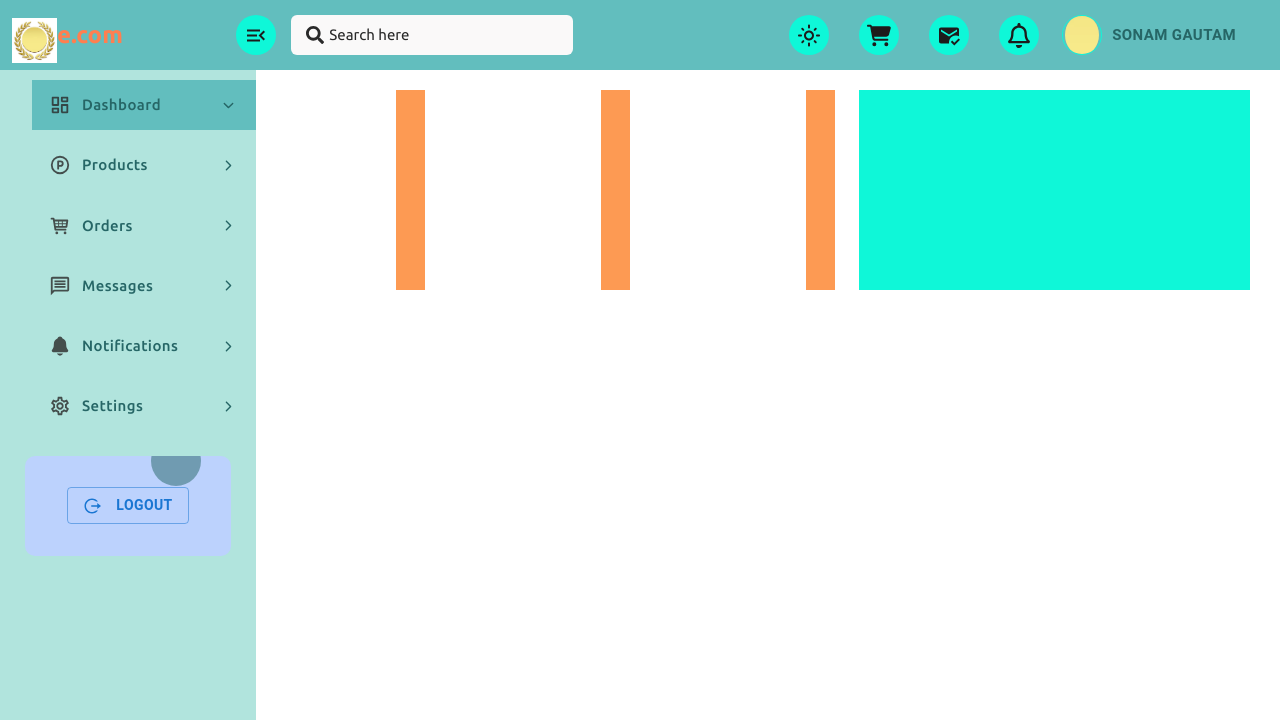
Repository: gautamsonam011/admin-react-dashboard
Page: /
The author's editor kept a copy of each file at every save. The page is drawn from the files as they stood at one save, then again after a run of saves.
The browser window is 1280 px wide. The pictures show the whole page.
The project was rebuilt for these pictures with package versions that can differ from the ones it lists, and the page was loaded fresh each time.

Above is the page before, as saved 2025-04-16 12:59:35.

### src/App.js
import { BrowserRouter, Routes, Route } from 'react-router-dom';
import './App.css';
import 'bootstrap/dist/css/bootstrap.min.css';
import Dashboard from './pages/Dashboard/Dashboard';
import Header from "./components/Header/index";
import Sidebar from './components/Sidebar';

function App() {
  return (
    <BrowserRouter>
    <Header/>
    <div className='main d-flex'>
      <div className='sidebarWrapper'>
        <Sidebar/>
      </div>
    </div>
    <div className='content'>
    <Routes>
      <Route path = "/" exact={true} element={<Dashboard/>} />
    </Routes>
    </div>

    </BrowserRouter>
  );
}

export default App;

### src/App.css
@import url('https://fonts.googleapis.com/css2?family=Ubuntu:ital,wght@0,300;0,400;0,500;0,700;1,300;1,400;1,500;1,700&display=swap');

body{
  font-family: "Ubuntu", sans-serif !important;
  background-color: #f4f8f7;

}

header{
  width:100%;
  height: 70px;
  background-color:#62bebe;
  position: fixed;
  top:0px;
  left:0px;
  z-index: 1000;
}
header .logo{
  text-decoration: none;
}
header .logo img{
  margin-top: 10px;
  width:45px;

}

header .logo span{
color: coral;
font-weight: bolder;
font-size: 24px;
}
header button.rounded-circle{min-width:40px !important; width:40px !important; height: 40px !important; background-color:#0ff7d8 !important; margin: 15px;}
header button.rounded-circle svg{color:rgb(29, 27, 27); font-size: 25px !important; transition: all 0.2s ease-in-out;}
header button.rounded-circle:hover svg{color: #2585d4 !important;}
.searchBox{width:400px; height: 40px; background-color:#faf9f9; border-radius: 6px;padding: 3px 15px;}
.searchBox input{background: transparent;border:0px; outline:none; padding-left: 5px; font-size: 15px; color:#292929}
.searchBox input::-webkit-input-placeholder{color:#292929}
.searchBox svg{font-size: 18px; color:#292929 ;}

.userImg{display: flex; align-items:center; justify-content: center; overflow: hidden; width:40px; height: 40px; border:1px solid #0ff7d8; padding: 2px; border-radius: 100%;}
.userImg .rounded-circle{display: flex; align-items:center; justify-content: center; overflow: hidden; width: 40px; height: 40px; cursor: pointer; position: relative;}
.userImg .rounded-circle .img{object-fit: cover; width: 100%;}
.userInfo{padding-left: 10px;}
.userInfo h5{font-size: 15px; font-weight: 600; margin-bottom:0px; color: #266666;}

#account-menu li{font-size: 14px !important;}
#account-menu li svg{font-size: 20px !important}

.dropdown-info{padding-left: 6px;}
.dropdown-info h4{font-size: 15px; font-weight:600;margin-top: 2px; white-space: break-space; line-height: 21px;}
.dropdown-info p{font-size: 10px; color: #2585d4;}


/* Style for sidebar  */

.main .sidebarWrapper{width: 20%; flex: 0 0 20%; transition: all 0.3s ease-in-out;}
.main .sidebarWrapper .sidebar{width:20%; height: 100vh; position:fixed; top: 70px; left:0px; background:#b1e4dd; overflow-y: scroll; overflow-x: hidden;}
.main .sidebarWrapper .sidebar::-webkit-scrollbar-thumb{background: transparent !important; width:3px;}
.main .sidebarWrapper:hover .sidebar::-webkit-scrollbar{ background:#2585d4; width:3px;}
.main .sidebarWrapper .sidebar ul{margin-bottom:0px;}
.main .sidebarWrapper .sidebar ul li{list-style: none; margin-top:10px;}
.main .sidebarWrapper .sidebar ul li button{color:#266666; text-align: left; justify-content: left; border-radius:0px !important; padding: 12px 15px !important;
  align-items: center; text-transform: capitalize !important;font-family: "Ubuntu", sans-serif !important;
  margin-left: 0px; font-size: 15px !important;
}
.main .sidebarWrapper .sidebar ul li button .icon{display: flex; align-items:center; justify-content: center; width:25px; height:25px; margin-right: 10px;}
.main .sidebarWrapper .sidebar ul li button .icon svg{color:#292929; opacity: 0.8; font-size: 22px;}
.main .sidebarWrapper .sidebar ul li button .arrow{margin-left: auto; display: flex; align-items: center; justify-content: center; width: 25px; transition: all 0.3s ease-in-out}
.main .sidebarWrapper .sidebar ul li button:hover{background:#62bebe !important;}
.main .sidebarWrapper .sidebar ul li button.active{background: #62bebe !important;}
.main .sidebarWrapper .sidebar ul li button.active .arrow{transform: rotate(90deg);}

.main .sidebarWrapper .sidebar ul .submenu{padding: 0px 45px; position:relative; height:auto;}
.main .sidebarWrapper .sidebar ul .submenu::before{content:''; width:1px; height: 95%; position: absolute; top:0px; left:25px; background:rgba(0, 0, 0, 0.1);}
.main .sidebarWrapper .sidebar ul .submenu li{width:100%; list-style: none;}
.main .sidebarWrapper .sidebar ul .submenu li a{color:#266666 !important; text-decoration: none; font-family: "Ubuntu", sans-serif !important;
display: block; padding: 6px 0px; font-size: 14px !important; font-weight: 500; transition:all 0.3s}
.main .sidebarWrapper .sidebar ul .submenu li a:hover{color:#2585d4 !important;}

.main .sidebarWrapper .sidebar ul .submenuWrapper{transition:all 0.3s ease-in-out; height: 0px; overflow: hidden; }
.main .sidebarWrapper .sidebar ul .submenuWrapper.colapsed .submenu{opacity:0;}

.main .sidebarWrapper .sidebar ul .submenuWrapper.colapse{height:auto; overflow: inherit;}
.main .sidebarWrapper .sidebar ul .submenuWrapper.colapse .submenu{opacity:1; height:auto;}

.logoutWrapper{padding: 0px 25px;}
.logoutWrapper .logoutBox{width:100%; height:100px; padding: 25px; background:#bcd2fd; border-radius:10px; margin-bottom:20px; display:flex; align-items: center; justify-content: center;
position:relative; overflow:hidden;}
.logoutWrapper .logoutBox::before{content:''; width:50px; height:50px; background:#266666; border-radius: 100%; position:absolute; top: -20px; right: 30px; opacity:0.5}
.logoutWrapper .logoutBox::after{content:''; width:30px; height:30px; background:#266666; border-radius: 100%; position:absolute; top: -30px; left: 30px; opacity:0.5}
.logoutWrapper .logoutBox button{font-size:14px !important; font-weight: 600 !important; }
.logoutWrapper .logoutBox button svg{margin-right: 15px; font-size:18px;}

.main .content{width:80%; flex: 0 0 80%;}
.right-content{padding: 90px 30px;}
.dashboardBoxWrapper{gap: 15px; width:100%;}
.dashboardBoxWrapper .dashboardBox{margin-left:20%; width:40%; height: 200px; background-color:rgb(253, 154, 83);}
.dashboardBoxWrapperRow .box{width:100%; height: 100%; background:#0ff7d8;}

### src/pages/Dashboard/Dashboard.jsx
import DashboardBox from "../../components/DashboardBox";

const Dashboard = () => {
    return (
        <div className="right-content w-100">
            <div className="row dashboardBoxWrapperRow ">
                <div className="col-md-8">
                    <div className="dashboardBoxWrapper d-flex">
                        <DashboardBox color={["#000", "#ccc"]} />

                    </div>
                </div>
                <div className="col-md-4 pl-0">
                    <div className="box"></div>
                </div>
            </div>
        </div>
    )
}

export default Dashboard;

### src/components/Header/index.jsx
import React, { useState } from 'react';
import { Link } from "react-router-dom";
import logo from "../../assests/images/logo.jpg";
import Button from '@mui/material/Button';
import { MdMenuOpen } from "react-icons/md";
// import { MdOutlineMenu } from "react-icons/md";
import SearchBox from "../SearchBox";
import { MdOutlineLightMode } from "react-icons/md";
// import { MdDarkMode } from "react-icons/md";
import { FaCartShopping } from "react-icons/fa6";
import { MdMarkEmailRead } from "react-icons/md";
import { FaRegBell } from "react-icons/fa";


import Avatar from '@mui/material/Avatar';
import Menu from '@mui/material/Menu';
import MenuItem from '@mui/material/MenuItem';
import ListItemIcon from '@mui/material/ListItemIcon';
import Divider from '@mui/material/Divider';
import { FaShieldAlt } from "react-icons/fa";
import Settings from '@mui/icons-material/Settings';
import Logout from '@mui/icons-material/Logout';

const Header = () => {
    const [anchorEl, setAnchorEl] = useState(null);
    const [anchorElNotification, setAnchorElNotification] = useState(null);

    const open = Boolean(anchorEl);

    const handleOpenMyAccountDropdown = (event) => {
        if (anchorEl) {
            setAnchorEl(null);
        } else {
            setAnchorEl(event.currentTarget);
        }
    };

    const handleOpenMyAccountDropdownClose = () => {
        setAnchorEl(null);
    };

    // For Notification dropdown
    const handleOpennotificationsDrop = (event) => {
        setAnchorElNotification(event.currentTarget);
    };

    const handleClosenotificationsDrop = () => {
        setAnchorElNotification(null);
    };



    return (
        <>
            <header>
                <div className="container-fluid">
                    <div className="row d-flex align-items-center w-100">
                        {/* logo */}
                        <div className="col-sm-2">
                            <Link to="/" className="d-flex align-items-center logo">
                                <img src={logo} alt="logo" />
                                <span className="ml-2">e.com</span>
                            </Link>
                        </div>
                        <div className="col-sm-3 d-flex align-items-center pl-4">
                            <Button className="rounded-circle"><MdMenuOpen /></Button>
                            <SearchBox />
                        </div>
                        <div className="col-sm-7 d-flex align-items-center justify-content-end part3">
                            <Button className="rounded-circle"><MdOutlineLightMode /></Button>
                            <Button className="rounded-circle"><FaCartShopping /></Button>
                            <Button className="rounded-circle"><MdMarkEmailRead /></Button>
                            <Button className="rounded-circle" onClick={handleOpennotificationsDrop}>
                                <FaRegBell />
                            </Button>
                            <Menu
                                anchorEl={anchorElNotification}
                                open={Boolean(anchorElNotification)}
                                onClose={handleClosenotificationsDrop}
                                onClick={handleClosenotificationsDrop}
                                slotProps={{
                                    paper: {
                                        elevation: 0,
                                        sx: {
                                            overflow: 'visible',
                                            filter: 'drop-shadow(0px 2px 8px rgba(0,0,0,0.32))',
                                            mt: 1.5,
                                            '&::before': {
                                                content: '""',
                                                display: 'block',
                                                position: 'absolute',
                                                top: 0,
                                                right: 14,
                                                width: 10,
                                                height: 10,
                                                bgcolor: 'background.paper',
                                                transform: 'translateY(-50%) rotate(45deg)',
                                                zIndex: 0,
                                            },
                                        },
                                    },
                                }}
                                transformOrigin={{ horizontal: 'right', vertical: 'top' }}
                                anchorOrigin={{ horizontal: 'right', vertical: 'bottom' }}
                            >
                                <MenuItem onClick={handleClosenotificationsDrop}>
                                    Orders(12)
                                </MenuItem>
                                <Divider className="mb-2" />
                                <MenuItem onClick={handleClosenotificationsDrop}>
                                    <div className="d-flex align-items-center dropdown-list">

                                        <div className="userImg">
                                        <span className="rounded-circle">
                                            <img src={logo} alt="profile" />
                                        </span>

                                    </div>
                                    <div className='dropdown-info'>
                                        <h4><b>Sona</b> added Leather New Shoes</h4>
                                        <p>Few minutes ago</p>
                                    </div>
                                    </div>

                                </MenuItem>
                                <MenuItem onClick={handleClosenotificationsDrop}>
                                    <div className="d-flex align-items-center dropdown-list">

                                        <div className="userImg">
                                        <span className="rounded-circle">
                                            <img src={logo} alt="profile" />
                                        </span>

                                    </div>
                                    <div className='dropdown-info'>
                                        <h4><b>Sona</b> added Leather New Shoes</h4>
                                        <p>Few minutes ago</p>
                                    </div>
                                    </div>

                                </MenuItem>
                            </Menu>

                            <div className="myAccountWrapper">
                                <Button className="myAccount d-flex align-items-center" onClick={handleOpenMyAccountDropdown}>
                                    <div className="userImg">
                                        <span className="rounded-circle">
                                            <img src={logo} alt="profile" />
                                        </span>

                                    </div>
                                    <div className="userInfo">
                                        <h5>Sonam Gautam</h5>
                                    </div>

                                    <Menu
                                        anchorEl={anchorEl}
                                        id="account-menu"
                                        open={open}
                                        onClose={handleOpenMyAccountDropdownClose}
                                        onClick={handleOpenMyAccountDropdownClose}
                                        slotProps={{
                                            paper: {
                                                elevation: 0,
                                                sx: {
                                                    overflow: 'visible',
                                                    filter: 'drop-shadow(0px 2px 8px rgba(0,0,0,0.32))',
                                                    mt: 1.5,
                                                    '& .MuiAvatar-root': {
                                                        width: 32,
                                                        height: 32,
                                                        ml: -0.5,
                                                        mr: 1,
                                                    },
                                                    '&::before': {
                                                        content: '""',
                                                        display: 'block',
                                                        position: 'absolute',
                                                        top: 0,
                                                        right: 14,
                                                        width: 10,
                                                        height: 10,
                                                        bgcolor: 'background.paper',
                                                        transform: 'translateY(-50%) rotate(45deg)',
                                                        zIndex: 0,
                                                    },
                                                },
                                            },
                                        }}
                                        transformOrigin={{ horizontal: 'right', vertical: 'top' }}
                                        anchorOrigin={{ horizontal: 'right', vertical: 'bottom' }}
                                    >
                                        <MenuItem onClick={handleOpenMyAccountDropdownClose}>
                                            <Avatar /> Profile
                                        </MenuItem>
                                        <Divider />
                                        <MenuItem onClick={handleOpenMyAccountDropdownClose}>
                                            <ListItemIcon>
                                                <FaShieldAlt fontSize="small" />
                                            </ListItemIcon>
                                            Reset Password
                                        </MenuItem>
                                        <MenuItem onClick={handleOpenMyAccountDropdownClose}>
                                            <ListItemIcon>
                                                <Settings fontSize="small" />
                                            </ListItemIcon>
                                            Settings
                                        </MenuItem>
                                        <MenuItem onClick={handleOpenMyAccountDropdownClose}>
                                            <ListItemIcon>
                                                <Logout fontSize="small" />
                                            </ListItemIcon>
                                            Logout
                                        </MenuItem>
                                    </Menu>
                                </Button>
                            </div>
                        </div>
                    </div>
                </div>
            </header>
        </>
    )
}

export default Header

### src/components/Sidebar/index.jsx
import Button from '@mui/material/Button';
import { RiDashboardLine } from "react-icons/ri";
import { IoIosArrowForward } from "react-icons/io";
import { TbBrandProducthunt } from "react-icons/tb";
import { TiShoppingCart } from "react-icons/ti";
import { MdOutlineMessage } from "react-icons/md";
import { IoNotifications } from "react-icons/io5";
import { MdOutlineSettings } from "react-icons/md";
import { Link } from 'react-router-dom';
import React, {useState} from "react";
import { RiLogoutCircleRLine } from "react-icons/ri";

const Sidebar = () =>{
    const [activeTab, setActiveTab] = useState(0);
    const [isToggleSubmenu, setIsToggleSubmenu] = useState(false);

    const isOpenSubmenu = (index) =>{
        setActiveTab(index);
        setIsToggleSubmenu(!isToggleSubmenu);


    }

    return(
        <div className="sidebar">
            <ul>
                <li>
                    <Link to="/">
                    <Button className={`w-100 ${activeTab === 0 ? 'active' : ''}`} onClick={()=>isOpenSubmenu(0)}>
                        <span className='icon'><RiDashboardLine/></span>
                        Dashboard
                        <span className="arrow"><IoIosArrowForward/></span>
                    </Button>
                    </Link>
                </li>
                <li>
                    <Button className={`w-100 ${activeTab === 1 && isToggleSubmenu===true ?  'active' : ''}`} onClick={()=>isOpenSubmenu(1)}>
                        <span className='icon'><TbBrandProducthunt/></span>
                        Products
                        <span className="arrow"><IoIosArrowForward/></span>
                    </Button>
                    <div className={`submenuWrapper ${activeTab===1 && isToggleSubmenu===true ? 'colapse':'colapsed'}`}>
                    <ul className='submenu'>
                        <li><Link to="#">Product Add</Link></li>
                        <li><Link to="#">Product List</Link></li>
                        <li><Link to="#">Product View</Link></li>
                    </ul>
                    </div>
                </li>
                <li>
                    <Link to="/">
                    <Button className={`w-100 ${activeTab === 2 ? 'active' : ''}`} onClick={()=>isOpenSubmenu(2)}>
                        <span className='icon'><TiShoppingCart/></span>
                        Orders
                        <span className="arrow"><IoIosArrowForward/></span>
                    </Button>
                    </Link>
                </li>
                <li>
                    <Link to="/">
                    <Button className={`w-100 ${activeTab === 3 ? 'active' : ''}`} onClick={()=>isOpenSubmenu(3)}>
                        <span className='icon'><MdOutlineMessage/></span>
                        Messages
                        <span className="arrow"><IoIosArrowForward/></span>
                    </Button>
                    </Link>
                </li>
                <li>
                    <Link to="/">
                    <Button className={`w-100 ${activeTab === 4 ? 'active' : ''}`} onClick={()=>isOpenSubmenu(4)}>
                        <span className='icon'><IoNotifications/></span>
                        Notifications
                        <span className="arrow"><IoIosArrowForward/></span>
                    </Button>
                    </Link>
                </li>
                <li>
                    <Link to="/">
                    <Button className={`w-100 ${activeTab === 5 ? 'active' : ''}`} onClick={()=>isOpenSubmenu(5)}>
                        <span className='icon'><MdOutlineSettings /></span>
                        Settings
                        <span className="arrow"><IoIosArrowForward/></span>
                    </Button>
                    </Link>
                </li>
            </ul>
            <br/>
            <div className="logoutWrapper">
                <div className="logoutBox">
            <Button variant="outlined"> <RiLogoutCircleRLine/>Logout</Button>
            </div>
            </div>
        </div>
    )
}

export default Sidebar

### src/components/DashboardBox.jsx

const DashboardBox = () => {

    return (
        <>
        <div className="dashboardBox"></div>
        <div className="dashboardBox"></div>
        <div className="dashboardBox"></div>
        <div className="dashboardBox"></div>
        </>

    )

}

export default DashboardBox;

### src/components/SearchBox.jsx
import { FaSearch } from "react-icons/fa";

const SearchBox = () =>{
    return (
        <div className="searchBox position-relative d-flex align-items-center">
            <FaSearch className="mr-2" />
            <input type="text" placeholder="Search here"  />
        </div>
    )
}

export default SearchBox;

Loaded but not shown: public/index.html (common file); src/index.js (common file); src/reportWebVitals.js (common file)

After the next 2 saves:
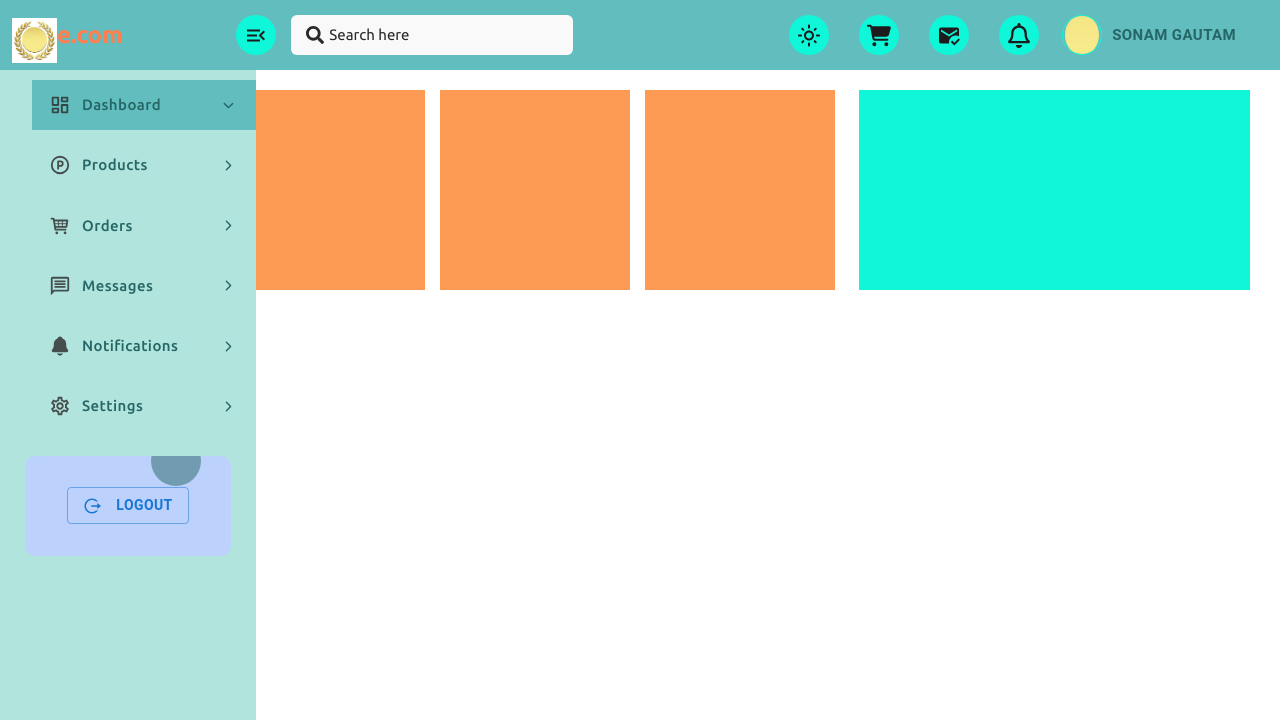
The 2 saves are shown as one change because they came seconds apart.
The last was saved 9 s later.
--- a/src/App.css
+++ b/src/App.css
@@ -94,5 +94,5 @@ position:relative; overflow:hidden;}
 .main .content{width:80%; flex: 0 0 80%;}
 .right-content{padding: 90px 30px;}
 .dashboardBoxWrapper{gap: 15px; width:100%;}
-.dashboardBoxWrapper .dashboardBox{margin-left:20%; width:40%; height: 200px; background-color:rgb(253, 154, 83);}
+.dashboardBoxWrapper .dashboardBox{width:48%; height: 200px; background-color:rgb(253, 154, 83);}
 .dashboardBoxWrapperRow .box{width:100%; height: 100%; background:#0ff7d8;}
